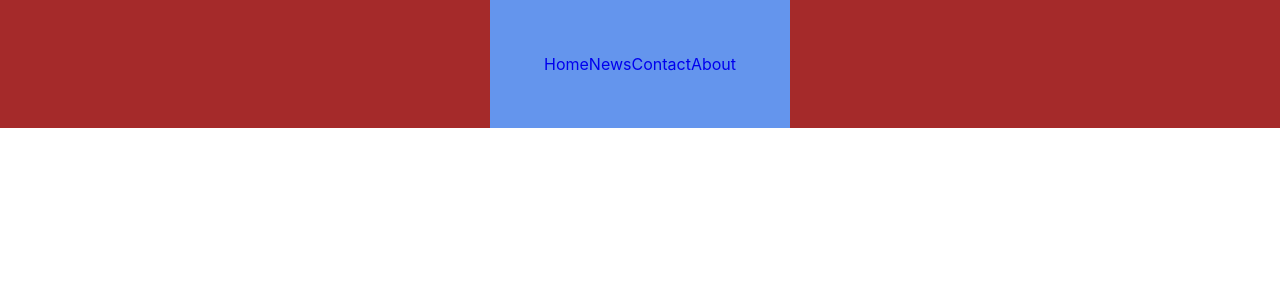
Repository: tusharpasricha/owlsomecoffee
Page: /
The author's editor kept a copy of each file at every save. The page is drawn from the files as they stood at one save, then again after the next save.
The browser window is 1280 px wide. The pictures show the whole page.
The project was rebuilt for these pictures with package versions that can differ from the ones it lists, and the page was loaded fresh each time.

Above is the page before, as saved 2021-09-27 08:38:23.

### src/App.js

//import './App.css';
import Navbar from './components/navbar';

function App() {
  return (
    <div className="App">
     <Navbar>
     </Navbar>

    </div>
  );
}

export default App;

### src/components/navbar.js
import React from 'react'
import './navbar.css'

const Navbar = () => {
    return (
    <div className="nav">
<ul>
  <li><a href="default.asp">Home</a></li>
  <li><a href="news.asp">News</a></li>
  <li><a href="contact.asp">Contact</a></li>
  <li><a href="about.asp">About</a></li>
</ul>
    </div>
    )
}

export default Navbar

### src/components/navbar.css
*{
    margin: 0%;

}
div{
    background-color: brown;
    display: flex;
    justify-content: center;
}
 ul{
     background-color: cornflowerblue;
     display: flex;
     list-style-type: none;
     justify-content: center;
     padding: 54px;
 }
 a{
     text-decoration: none;
 }

Loaded but not shown: public/index.html (common file); src/index.js (common file); src/index.css (common file)

After the next save:
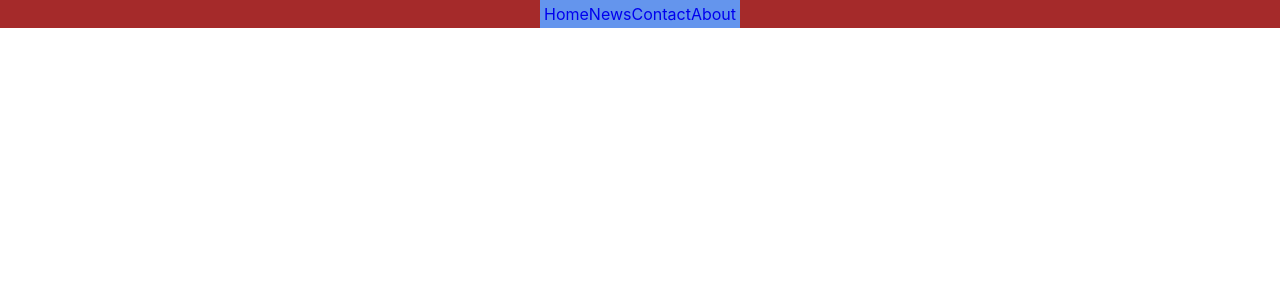
Saved 9 s later.
--- a/src/components/navbar.css
+++ b/src/components/navbar.css
@@ -12,7 +12,7 @@ div{
      display: flex;
      list-style-type: none;
      justify-content: center;
-     padding: 54px;
+     padding: 4px;
  }
  a{
      text-decoration: none;
